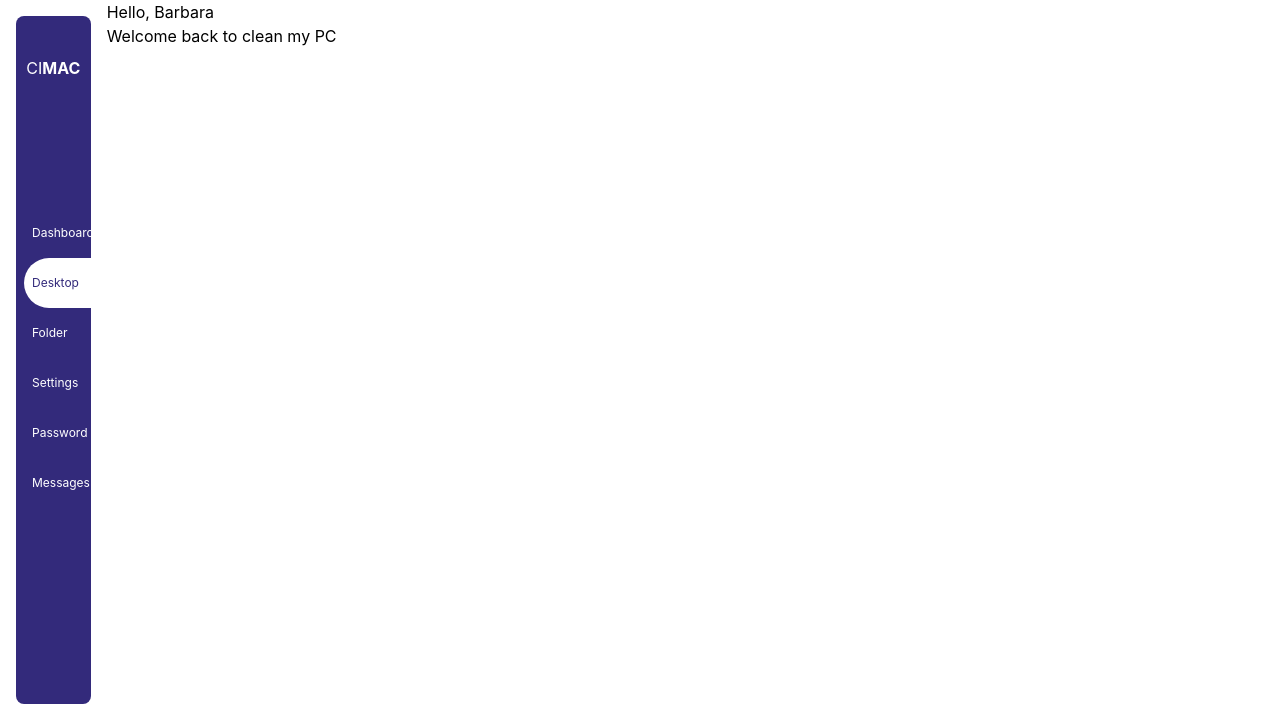
Repository: charleyvibez/experiment-Utility-software-UI
Page: index.html
These files come from the project's save history. The page is drawn as it stood at one moment and after a run of saves; the edit follows.
The browser window is 1280 px wide. The pictures show the whole page.

Above is the page before, as saved 2020-03-17 23:45:27.

### index.html
<!DOCTYPE html>
<html lang="en">
<head>
  <meta charset="UTF-8">
  <meta name="viewport" content="width=device-width, initial-scale=1.0">

  <link rel="stylesheet" href="tailwind.css">
  <link rel="stylesheet" href="index.css">
  <title>Document</title>
</head>
<body>
  <section class="flex">
     <aside class="w-1/12 p-4 h-screen">
      <div class="aside-container bg-gray-100 rounded-lg flex flex-col items-center h-full">
        <div class="logo pt-10 text-white">
          <h3>CI<span class="font-bold">MAC</span></h3>
        </div>

      <nav class="flex flex-col items-center text-xs mt-32 text-white w-full pl-2">
        <div class="nav-item w-full pl-2 py-4">Dashboard</div>
        <div class="nav-item w-full pl-2 py-4 active-nav">Desktop</div>
        <div class="nav-item w-full pl-2 py-4">Folder</div>
        <div class="nav-item w-full pl-2 py-4">Settings</div>
        <div class="nav-item w-full pl-2 py-4">Password</div>
        <div class="nav-item w-full pl-2 py-4">Messages</div>
      </nav>
      </div>

    </aside>

  <main>
    <div class="main-container">
      <div class="hello">
        <h1>Hello, Barbara</h1>
        <p>Welcome back to clean my PC</p>
      </div>
    </div>
  </main>
  </section>

</body>
</html>

### index.css
.aside-container {
  background: #332a7b;
}
.active-nav {
  position: relative;
  background:white;
  color: #332a7b;
  border-bottom-left-radius: 30px;
  border-top-left-radius: 30px;
}

/* .active-nav:before {
  position: absolute;
  content: '';
  height: 30px;
  width: 30px;
  border-radius: 50%;
  top: -25px;
  right: 0;
  background: #332a7b;
} */

Loaded but not shown: tailwind.css (library)

After the next 4 saves:
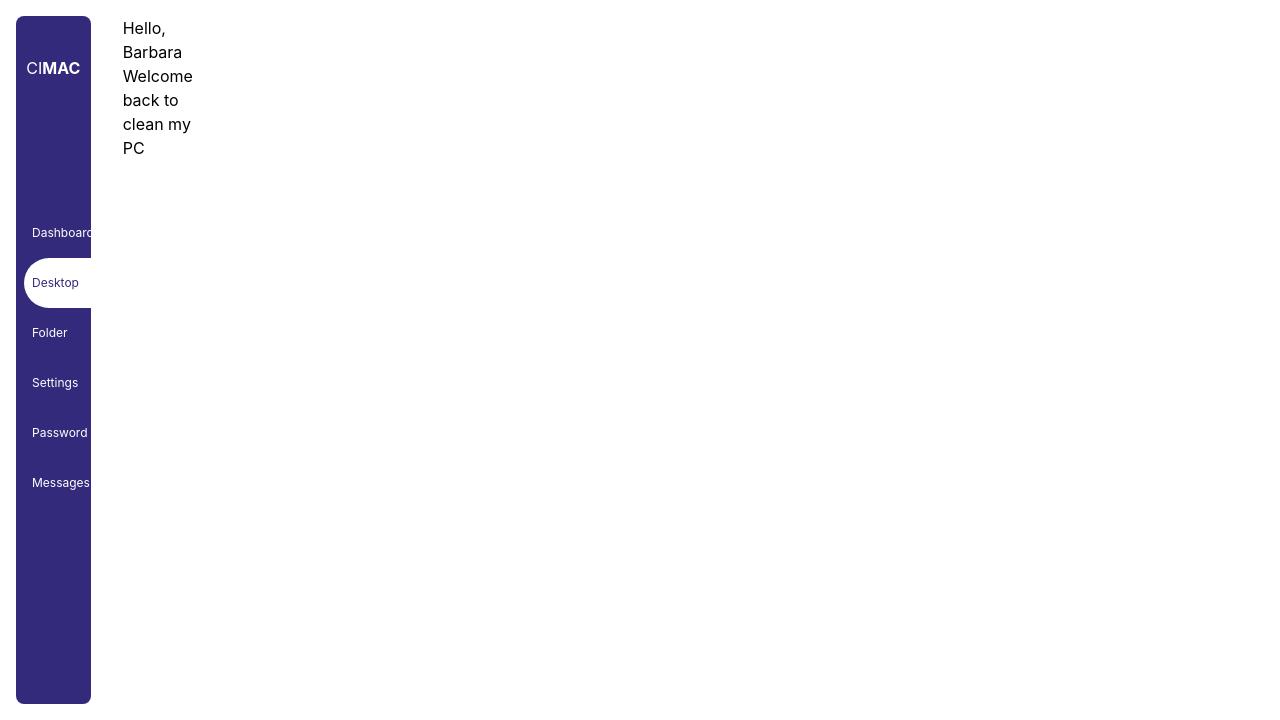
The 4 saves are shown as one change because they came seconds apart.
The last was saved 25 s later.
--- a/index.html
+++ b/index.html
@@ -28,7 +28,7 @@
 
     </aside>
 
-  <main>
+  <main class="w-1/12 p-4 h-screen">
     <div class="main-container">
       <div class="hello">
         <h1>Hello, Barbara</h1>
